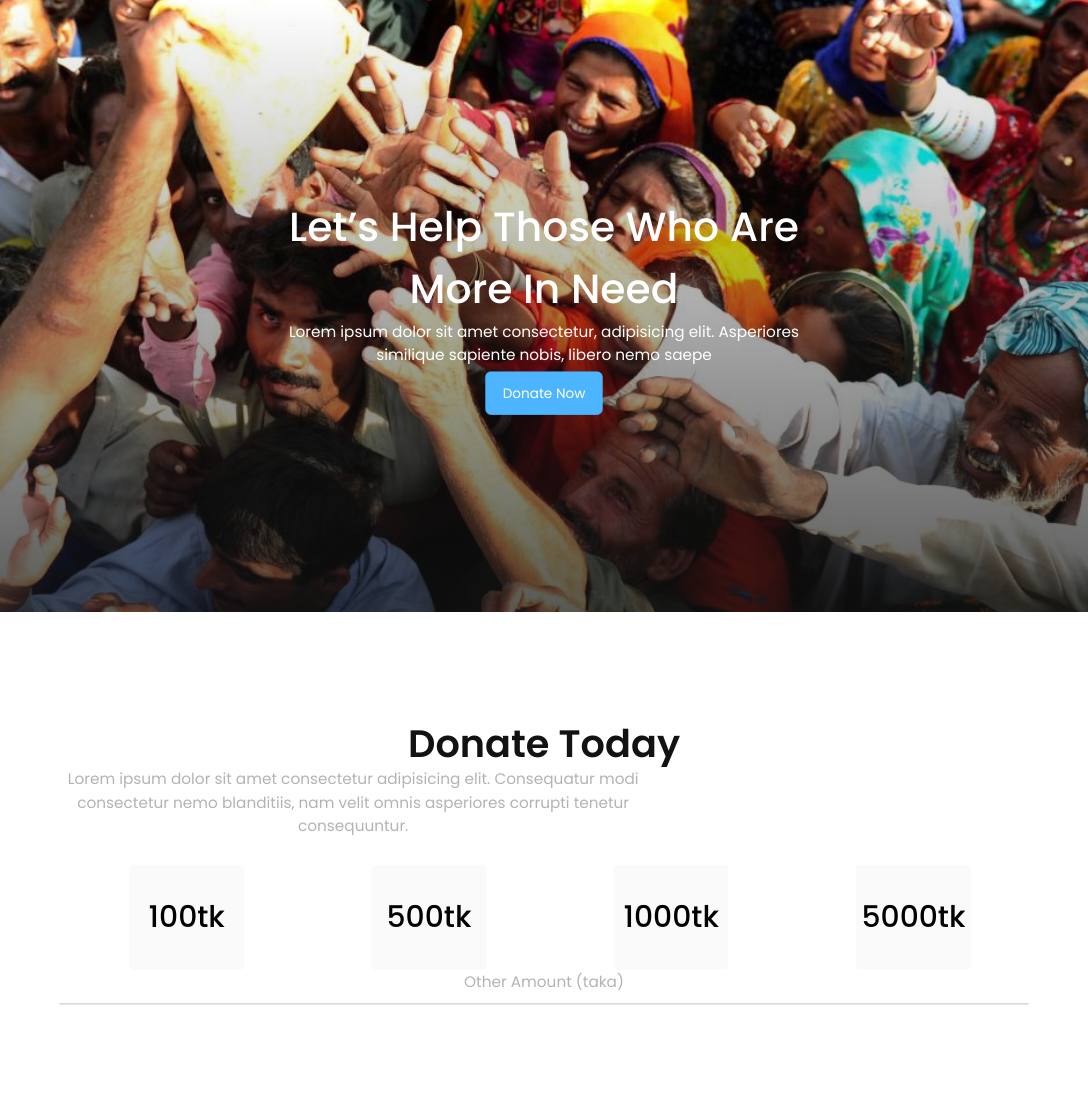
Repository: mdrubel02/donate-website
Page: index.html
The author's editor kept a copy of each file at every save. The page is drawn from the files as they stood at one save, then again after the next save.
The browser window is 1280 px wide. The pictures show the whole page, at 85% of full size.

Above is the page before, as saved 2022-07-06 13:44:49.

After the next save:
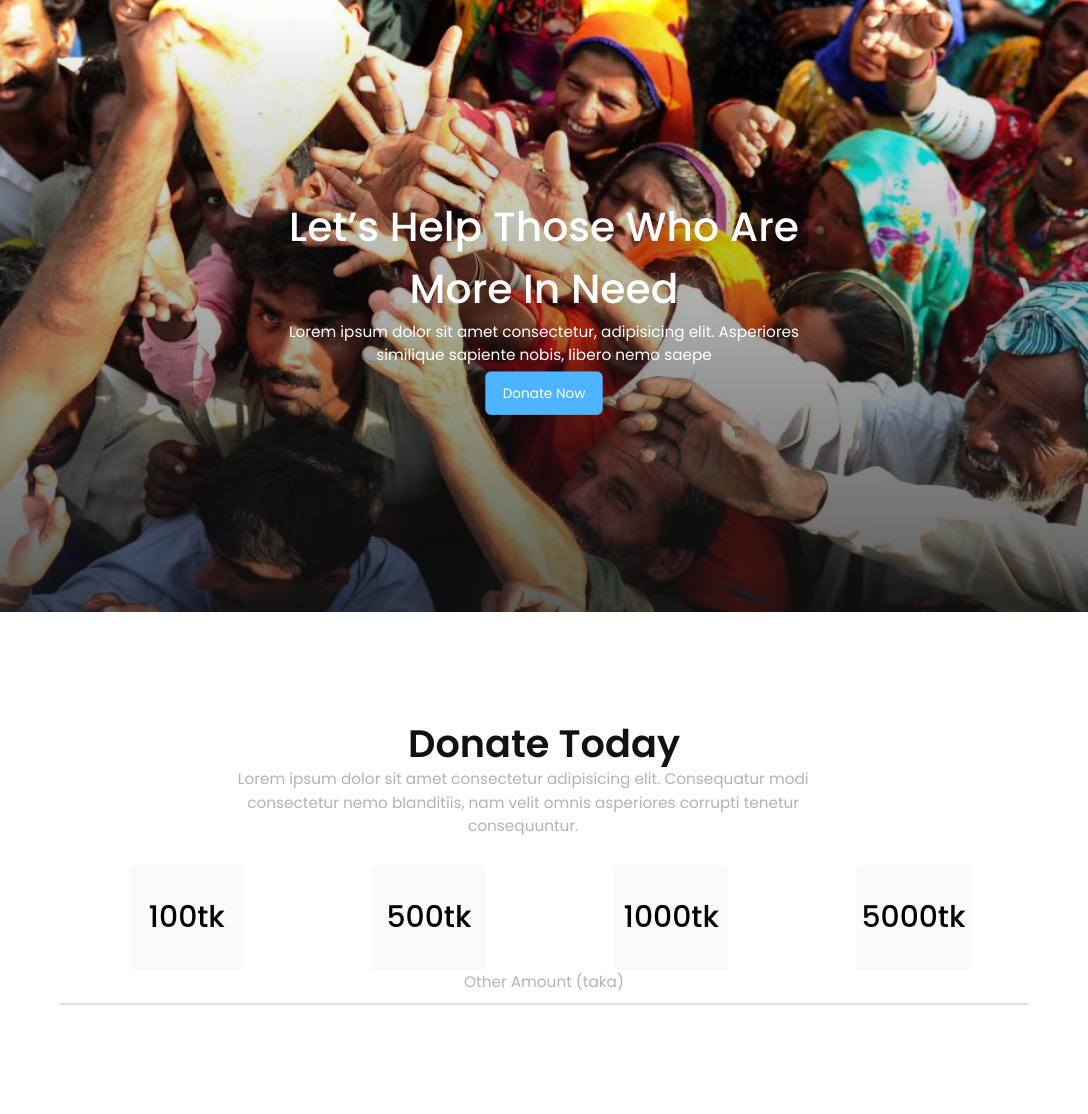
Saved 3 min 10 s later.
--- a/index.css
+++ b/index.css
@@ -167,7 +167,7 @@ hr {
 }
 .middle{
     width: 691px;
-    text-align: center;
+    margin-left: 200px;
 }
 
 .donate-section p {
